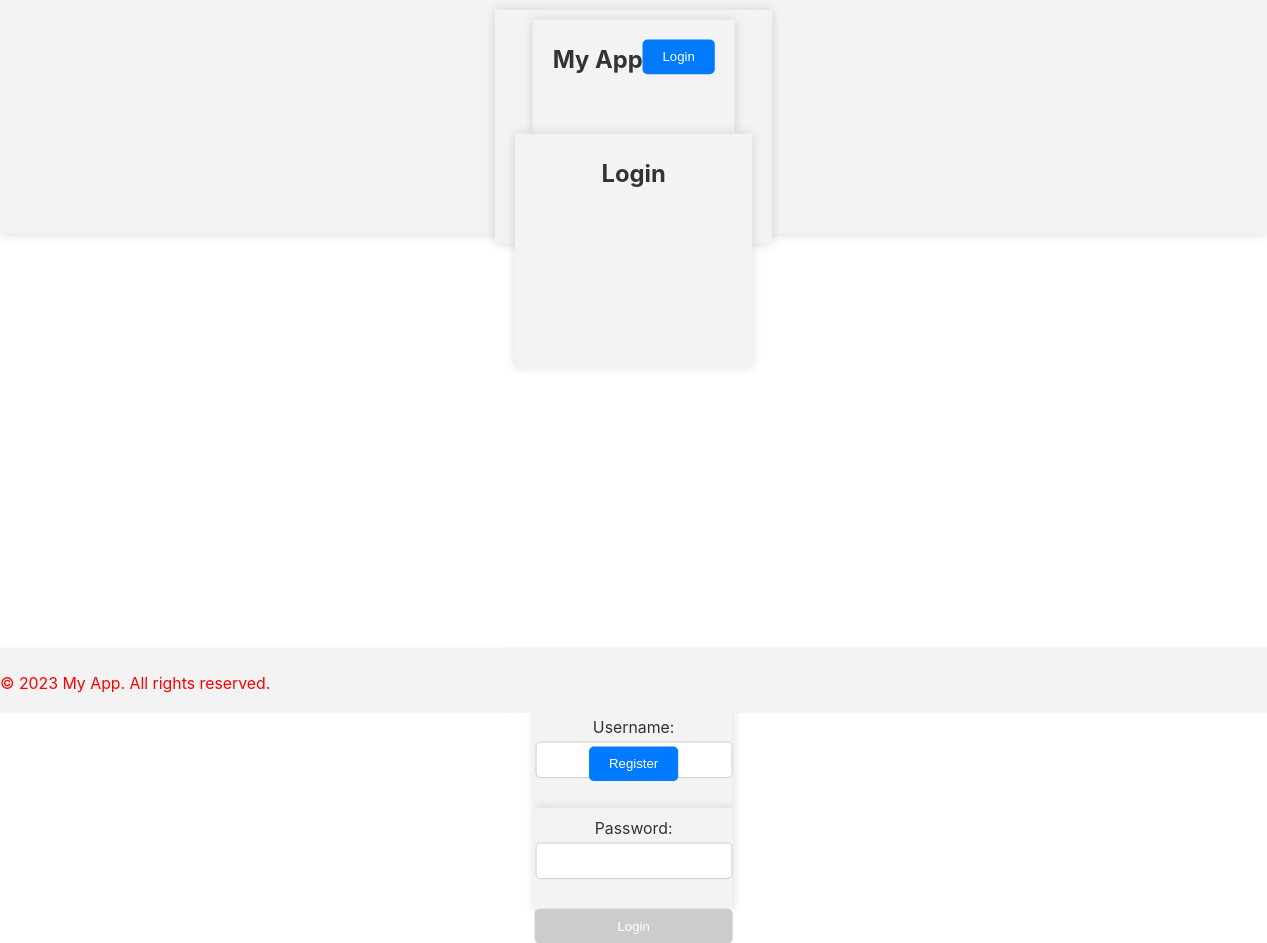
Repository: iMlearnDinG/react-app-v2
Page: /
An editor plug-in stored every save of this project. The page is shown before and after the next save, followed by the edit.
The browser window is 1280 px wide. The pictures show the whole page, at 99% of full size.
The page's requests for data from a server got no answer. The project was rebuilt for these pictures with package versions that can differ from the ones it lists, and the page was loaded fresh each time. No one was signed in, and anything a server would have sent is missing. Also part of the build but not shown: src/components/Register.js, src/components/Lobby.js, src/components/Game.js, src/components/Menu.js.

Above is the page before, as saved 2023-07-19 01:59:18.

### src/index.js
import React from 'react';
import ReactDOM from 'react-dom/client';
import './index.css';
import App from './App';
import reportWebVitals from './reportWebVitals';

ReactDOM.createRoot(document.getElementById('root')).render(
  <React.StrictMode>
    <App />
  </React.StrictMode>,
);

// If you want to start measuring performance in your app, pass a function
// to log results (for example: reportWebVitals(console.log))
// or send to an analytics endpoint. Learn more: https://bit.ly/CRA-vitals
reportWebVitals();

### src/App.js
import React, { useContext, useEffect } from 'react';
import { BrowserRouter as Router, Routes, Route, useNavigate } from 'react-router-dom';
import { AuthProvider, AuthContext } from './config/AuthContext';
import Login from './components/Login';
import Register from './components/Register';
import Lobby from './components/Lobby';
import Game from './components/Game';
import Menu from './components/Menu';
import Navbar from './components/Navbar'
import SessionRenewal from './SessionRenewal';

function PrivateRoute({ children }) {
  const { user, loading } = useContext(AuthContext);
  const navigate = useNavigate();

  useEffect(() => {
    if (!loading && !user) {
      navigate('/login', { replace: true });
    }
  }, [loading, user, navigate]);

  if (loading) {
    return <div>Loading...</div>;
  }

  if (!user) {
    return null;
  }

  return children;
}

function App() {
  return (
    <Router>
      <div className="App">
        <AuthProvider>
          <Navbar />
          <Routes>
            <Route path="/" element={<Login />} />
            <Route path="/login" element={<Login />} />
            <Route path="/register" element={<Register />} />
            <Route path="/lobby" element={<PrivateRoute><Lobby /></PrivateRoute>} />
            <Route path="/game" element={<PrivateRoute><Game /></PrivateRoute>} />
            <Route path="/menu" element={<PrivateRoute><Menu /></PrivateRoute>} />
          </Routes>
        </AuthProvider>
      </div>
    </Router>
  );
}

export default SessionRenewal(App);

### src/config/AuthContext.js
import React, { createContext, useState, useEffect } from 'react';

export const AuthContext = createContext();

export function AuthProvider({ children }) {
  const [user, setUser] = useState(null);
  const [loading, setLoading] = useState(true);

  useEffect(() => {
    // Fetch the current user from the server and update state
    const fetchUser = async () => {
      const response = await fetch(`${process.env.REACT_APP_API_BASE_URL}/auth`, {
        credentials: 'include',
      });
      const data = await response.json();
      if (data.success) {
        setUser(data.data.user);
      }
      setLoading(false);
    };
    fetchUser();
  }, []);

  const value = { user, setUser, loading };

  return <AuthContext.Provider value={value}>{children}</AuthContext.Provider>;
}

### src/components/Login.js
import React, { useState, useContext } from 'react';
import { useNavigate } from 'react-router-dom';
import { AuthContext } from '../config/AuthContext';
import "../css/login.css"

function Login() {
  const navigate = useNavigate();
  const { setUser } = useContext(AuthContext);
  const [username, setUsername] = useState('');
  const [password, setPassword] = useState('');
  const [isSubmitting, setIsSubmitting] = useState(false);
  const [error, setError] = useState(null);

  const handleSubmit = async (e) => {
    e.preventDefault();
    setIsSubmitting(true);
    setError(null);

    const response = await fetch(`${process.env.REACT_APP_API_BASE_URL}/login`, {
      method: 'POST',
      headers: { 'Content-Type': 'application/json' },
      body: JSON.stringify({ username, password }),
      credentials: 'include',
    });

    const data = await response.json();
    setIsSubmitting(false);
    if (data.success) {
      setUser(data.data.user);
      navigate('/menu');
    } else {
      setError(data.error);
    }
  };


  const handleInputChange = async (e) => {
    const { name, value } = e.target;
    if (name === 'username') {
      setUsername(value);
    } else if (name === 'password') {
      setPassword(value);
    }
  };

  const isFormValid = username !== '' && password !== '';

  const handleRegisterClick = async () => {
    navigate('/register');
  };

  return (
    <div>
      <h1>Login</h1>
      {error && <p>{error}</p>}
      <form onSubmit={handleSubmit}>
        <div>
          <label htmlFor="username">Username:</label>
          <input
            type="text"
            id="username"
            name="username"
            value={username}
            onChange={handleInputChange}
          />
        </div>
        <div>
          <label htmlFor="password">Password:</label>
          <input
            type="password"
            id="password"
            name="password"
            value={password}
            onChange={handleInputChange}
          />
        </div>
        <button type="submit" disabled={!isFormValid || isSubmitting}>
          Login
        </button>
      </form>
      <button onClick={handleRegisterClick}>Register</button>
    </div>
  );
}

export default Login;

### src/components/Navbar.js
import React, { useContext } from 'react';
import { useNavigate } from 'react-router-dom';
import { AuthContext } from '../config/AuthContext.js';
import axios from 'axios';
import '../css/navbar.css'

const Navbar = () => {
  const navigate = useNavigate();
  const { user, setUser } = useContext(AuthContext);

  const handleLogout = async () => {
    try {
      const res = await axios.post(`${process.env.REACT_APP_API_BASE_URL}/logout`, {}, {
        withCredentials: true,
      });

      if (res.data.success) {
        setUser(null);
        navigate('/login');
      } else {
        console.error(res.data.error);
      }
    } catch (error) {
      console.error(error);
    }
  };

  return (
    <div>
      <header >
        <h1>My App</h1>
        {user && (
          <button onClick={handleLogout}>Logout</button>
        )}
        {!user && (
          <button onClick={() => navigate('/login')}>Login</button>
        )}
      </header>

      <footer>
        <p>© 2023 My App. All rights reserved.</p>
      </footer>
    </div>
  );
};

export default Navbar;

### src/SessionRenewal.js
import React, { useEffect, useRef } from 'react';

function SessionRenewal(WrappedComponent) {
  return function WrappedWithSessionRenewal(props) {
    const activityDetected = useRef(false);

    useEffect(() => {
      let timeoutId;

      const renewSession = () => {
        fetch('/api/renew-session', {
          method: 'POST',
          credentials: 'include', // Include cookies in the request
        })
        .then(res => res.json())
        .then((data) => {
          if (!data.success) {
            console.error('Session renewal failed:', data.error);
          }
        })
        .catch((error) => {
          console.error('Error:', error);
        });
      };

      const resetTimeout = () => {
        console.log('User activity detected');
        if (timeoutId) {
          clearTimeout(timeoutId);
        }
        timeoutId = setTimeout(renewSession, 1); // 5 minutes
      };

      const activityHandler = () => {
        activityDetected.current = true;
      };

      window.addEventListener('mousemove', activityHandler);
      window.addEventListener('keydown', activityHandler);
      window.addEventListener('click', activityHandler);
      window.addEventListener('input', activityHandler);

      const intervalId = setInterval(() => {
        if (activityDetected.current) {
          resetTimeout();
          activityDetected.current = false;
        }
      }, 225000);

      return () => {
        window.removeEventListener('mousemove', activityHandler);
        window.removeEventListener('keydown', activityHandler);
        window.removeEventListener('click', activityHandler);
        window.removeEventListener('input', activityHandler);
        clearTimeout(timeoutId);
        clearInterval(intervalId);
      };
    }, []);

    return <WrappedComponent {...props} />;
  };
}

export default SessionRenewal;

### src/css/login.css
div {
    display: flex;
    flex-direction: column;
    align-items: center;
    justify-content: center;
    height: 30vh;
    padding: 20px;
    background-color: #F3F3F3;
  }

  h1 {
    margin-bottom: 20px;
    color: #333;
    font-size: 28px;
  }

  p {
    color: red;
    margin-bottom: 10px;
  }

  form {
    display: flex;
    flex-direction: column;
    width: 200px;
    height: 40px;
    margin-top: 70vh;
  }

  div label {
    margin-bottom: 5px;
    color: #333;
  }

  div input {
    margin-bottom: 20px;
    padding: 10px;
    border: 1px solid #ccc;
    border-radius: 5px;
  }

  button {
    padding: 10px 20px;
    background-color: #007BFF;
    color: #FFF;
    border: none;
    border-radius: 5px;
    cursor: pointer;
    transition: background-color 0.3s ease;
    margin-bottom: 10px;
  }

  button:disabled {
    background-color: #ccc;
  }

  button:hover:not(:disabled) {
    background-color: #0056b3;
  }

### src/css/navbar.css
div {
    display: flex;
    justify-content: space-between;
    align-items: center;
    padding: 10px 20px;
    background-color: #F3F3F3;
    box-shadow: 0px 0px 10px 0px rgba(0,0,0,0.15);
  }

  header, footer {
    display: flex;
    justify-content: space-between;
    align-items: center;
    width: 100%;
  }

  header {
    margin-bottom: 30px;
  }

  h1 {
    color: #333;
    font-size: 24px;
  }

  button {
    padding: 10px 20px;
    background-color: #007BFF;
    color: #FFF;
    border: none;
    border-radius: 5px;
    cursor: pointer;
    transition: background-color 0.3s ease;
  }

  button:hover {
    background-color: #0056b3;
  }

  footer {
    position: fixed;
    bottom: 0;
    width: 100%;
    background-color: #F3F3F3;
    color: #666;
    text-align: center;
    padding: 10px 0;
  }

Loaded but not shown: public/index.html (common file); src/index.css (common file); src/reportWebVitals.js (common file)

After the next save:
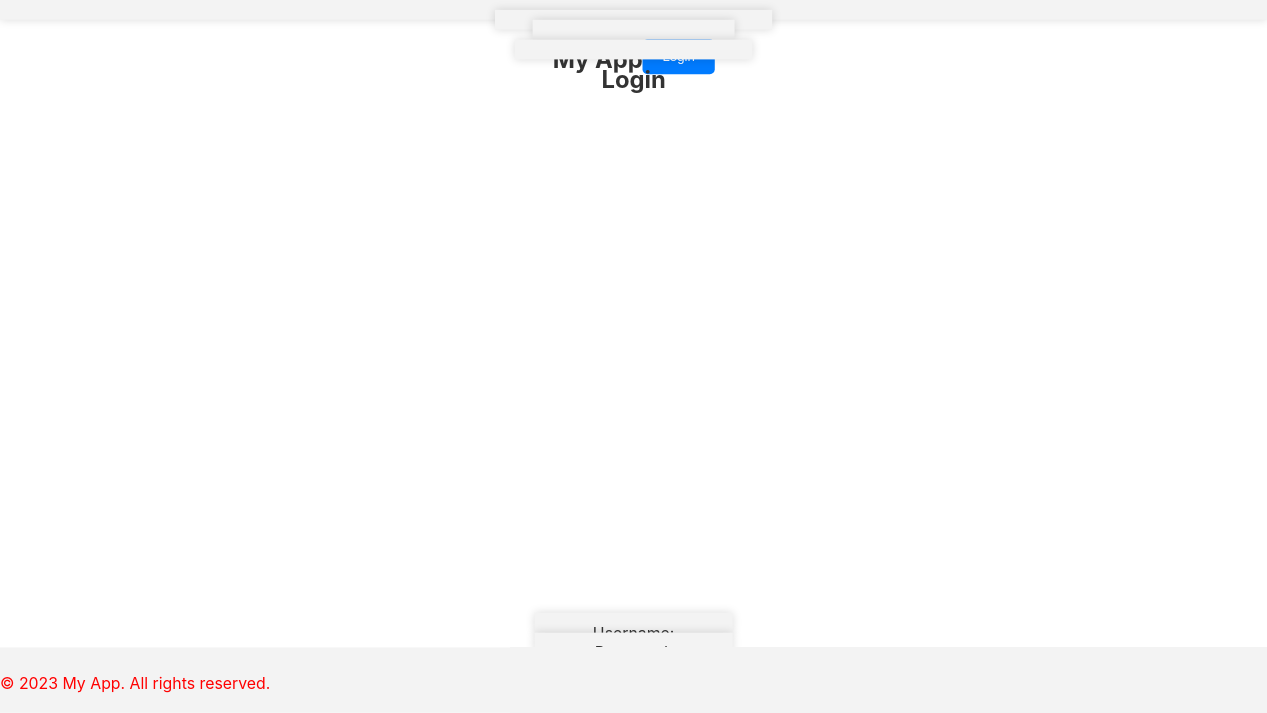
Saved 68 s later.
--- a/src/css/login.css
+++ b/src/css/login.css
@@ -3,7 +3,7 @@ div {
     flex-direction: column;
     align-items: center;
     justify-content: center;
-    height: 30vh;
+    height: 0vh;
     padding: 20px;
     background-color: #F3F3F3;
   }
